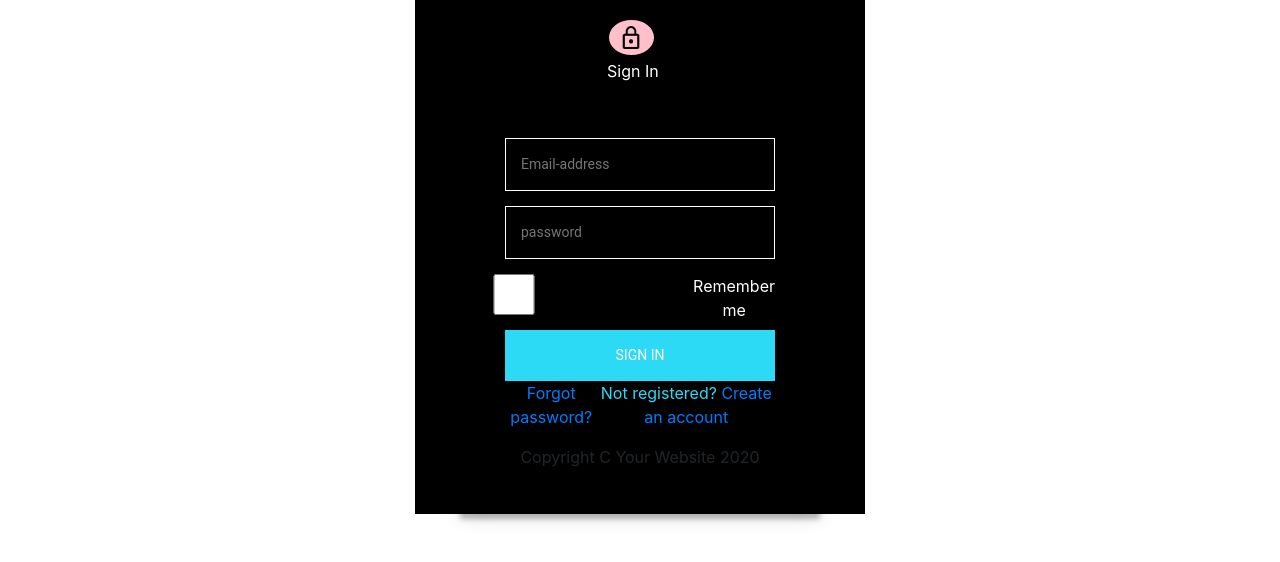
Repository: andbilous/cursor-styled-components
Page: /sign-in
These files come from the project's save history. The page is drawn as it stood at one moment and after the next save; the edit follows.
The browser window is 1280 px wide. The pictures show the whole page.
The project was rebuilt for these pictures with package versions that can differ from the ones it lists, and the page was loaded fresh each time. Also part of the build but not shown: src/App.css, src/components/SignUpForm.jsx.

Above is the page before, as saved 2020-04-19 16:22:00.

### src/App.js
import React from 'react';
import {
  BrowserRouter as Router,
  Switch,
  Route,
  Link
} from "react-router-dom";
import './App.css';
import SignInForm from './components/SignInForm';
import SignUpForm from './components/SignUpForm';

function App() {
  return (
   <Router>
      <Switch>
          <Route exact path="/sign-in">
            <SignInForm />
          </Route>
          <Route path="/sign-up">
            <SignUpForm />
          </Route>
        </Switch>
   </Router>
  );
}

export default App;

### src/components/SignInForm.jsx
import React from 'react';
import styled from "styled-components";

const SignInFormStyles=styled.div`
*{
  box-sizing: border-box;
}
.login-page {
  width: 450px;
  margin: auto;
  background: #000;
}
.form {
  position: relative;
  z-index: 1;
  max-width: 360px;
  margin: 0 auto;
  margin-top:10px;
  padding: 45px;
  text-align: center;
  box-shadow: 0 0 20px 0 rgba(0, 0, 0, 0.2), 0 5px 5px 0 rgba(0, 0, 0, 0.24);
}
.form input {
  font-family: "Roboto", sans-serif;
  outline: 0;
  border: 1px solid #fff;
  background:transparent;
  width: 100%;
  margin: 0 0 15px;
  padding: 15px;
  font-size: 14px;
}
.form input[type="checkbox"]{
  transform: translateX(-85px);
}
.form button {
  font-family: "Roboto", sans-serif;
  text-transform: uppercase;
  outline: 0;
  background: #2cdaf5;
  width: 100%;
  border: 0;
  padding: 15px;
  color: #FFFFFF;
  font-size: 14px;
  -webkit-transition: all 0.3 ease;
  transition: all 0.3 ease;
  cursor: pointer;
}
.form button:hover,.form button:active,.form button:focus {
  background: #43A047;
}
.form .message {
  margin: 15px 0 0;
  color: #b3b3b3;
  font-size: 12px;
}
.form .message a {
  color: #4CAF50;
  text-decoration: none;
}
.container {
  position: relative;
  z-index: 1;
  max-width: 300px;
  margin: 0 auto;
}
.container:before, .container:after {
  content: "";
  display: block;
  clear: both;
}
.container .info {
  margin: 50px auto;
  text-align: center;
}
.container .info h1 {
  margin: 0 0 15px;
  padding: 0;
  font-size: 36px;
  font-weight: 300;
  color: #1a1a1a;
}
.container .info span {
  color: #4d4d4d;
  font-size: 12px;
}
.container .info span a {
  color: #000000;
  text-decoration: none;
}
.container .info span .fa {
  color: #EF3B3A;
}
body {
  background: #76b852; /* fallback for old browsers */
  background: -webkit-linear-gradient(right, #76b852, #8DC26F);
  background: -moz-linear-gradient(right, #76b852, #8DC26F);
  background: -o-linear-gradient(right, #76b852, #8DC26F);
  background: linear-gradient(to left, #76b852, #8DC26F);
  font-family: "Roboto", sans-serif;
  -webkit-font-smoothing: antialiased;
  -moz-osx-font-smoothing: grayscale;
}
.links{
  display:flex
}
.remember{
color:#fff;
}
.additional{
 color: #2cdaf5;
}
.img-container{
  background: pink;
  border-radius: 50%;
  width:10%;
  transform: translateY(20px);
  margin-left: 43%;
}
img{
  margin: 6px 11px;
  width: 50%;
}
.image-label{
  display:block;
  color:#fff;
  margin-left: 12rem;
  margin-top: 1.5rem;
}
.label-remember{

}
`


const SignInForm =() =>{
  return (
    <SignInFormStyles>
<div class="login-page">
  <div class='img-container'>
    <img src={require('../assets/padlock.png')}/>
    </div>
    <span class='image-label'>Sign In</span>

  <div class="form">
    <form class="login-form">
    <input type="text" placeholder="Email-address"/>
      <input type="password" placeholder="password"/>
      <div class='links remember'><input type="checkbox"/><label class='label-remember'>Remember me</label></div>
     <button>Sign In</button>
     <div class='links additional'>
     <p><a href="#">Forgot password?</a></p>
       <p>Not registered? <a href="#">Create an account</a></p>
       </div>
       <footer>
       <span>Copyright C Your Website 2020</span>
       </footer>

    </form>
  </div>
</div>
    </SignInFormStyles>

  )
}


export default  SignInForm;

Loaded but not shown: public/index.html (common file); src/index.js (common file); src/index.css (common file); src/serviceWorker.js (common file)

After the next save:
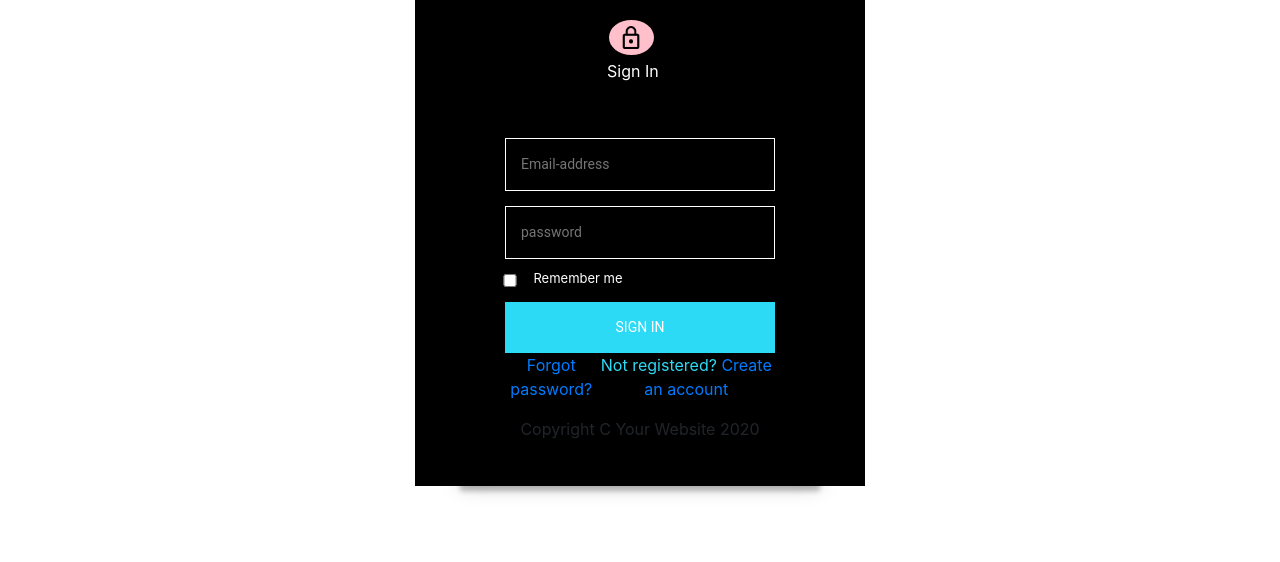
Saved 102 s later.
--- a/src/components/SignInForm.jsx
+++ b/src/components/SignInForm.jsx
@@ -129,7 +129,12 @@ img{
   margin-top: 1.5rem;
 }
 .label-remember{
-
+  display: inline-block;
+  margin-bottom: .5rem;
+  transform: translateX(-152px);
+  font-size: 13px;
+  width: 50%;
+  margin-top: -5px;
 }
 `
 
